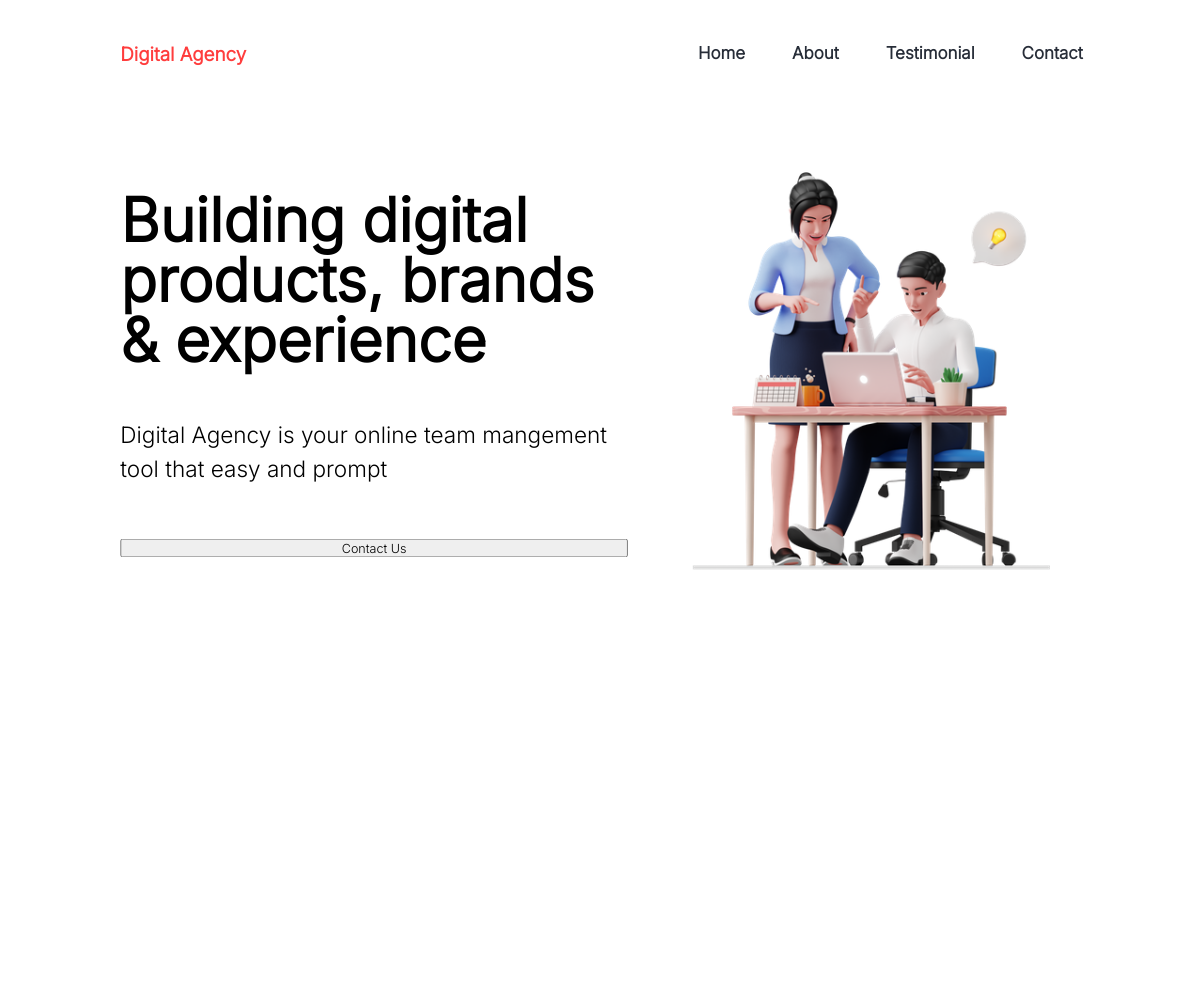
Repository: ThuatDev/fullstack_devc
Page: index.html
These files come from the project's save history. The page is drawn as it stood at one moment and after the next save; the edit follows.
The browser window is 1280 px wide. The pictures show the whole page, at 94% of full size.

Above is the page before, as saved 2022-11-09 16:38:02.

After the next save:
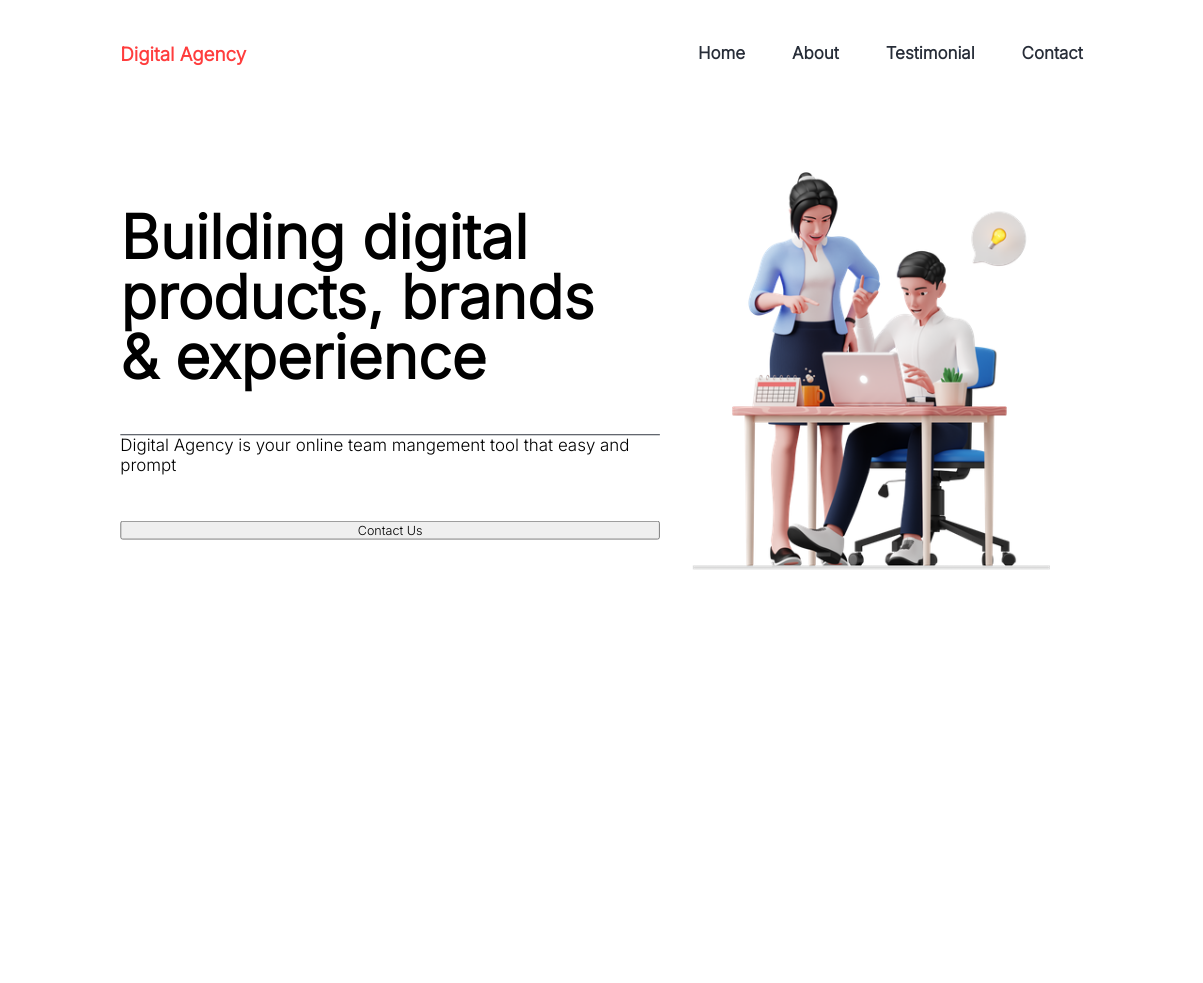
Saved 43 s later.
--- a/index.css
+++ b/index.css
@@ -61,9 +61,6 @@
 }
 .h-section .h-section__left p {
   font-weight: 400;
-  font-size: 24px;
-  width: 540px;
-  height: 96px;
-  line-height: 150%;
-  margin-top: 20px;
+  font-size: 18px;
+  border-top: 1px solid #272d38;
 }
